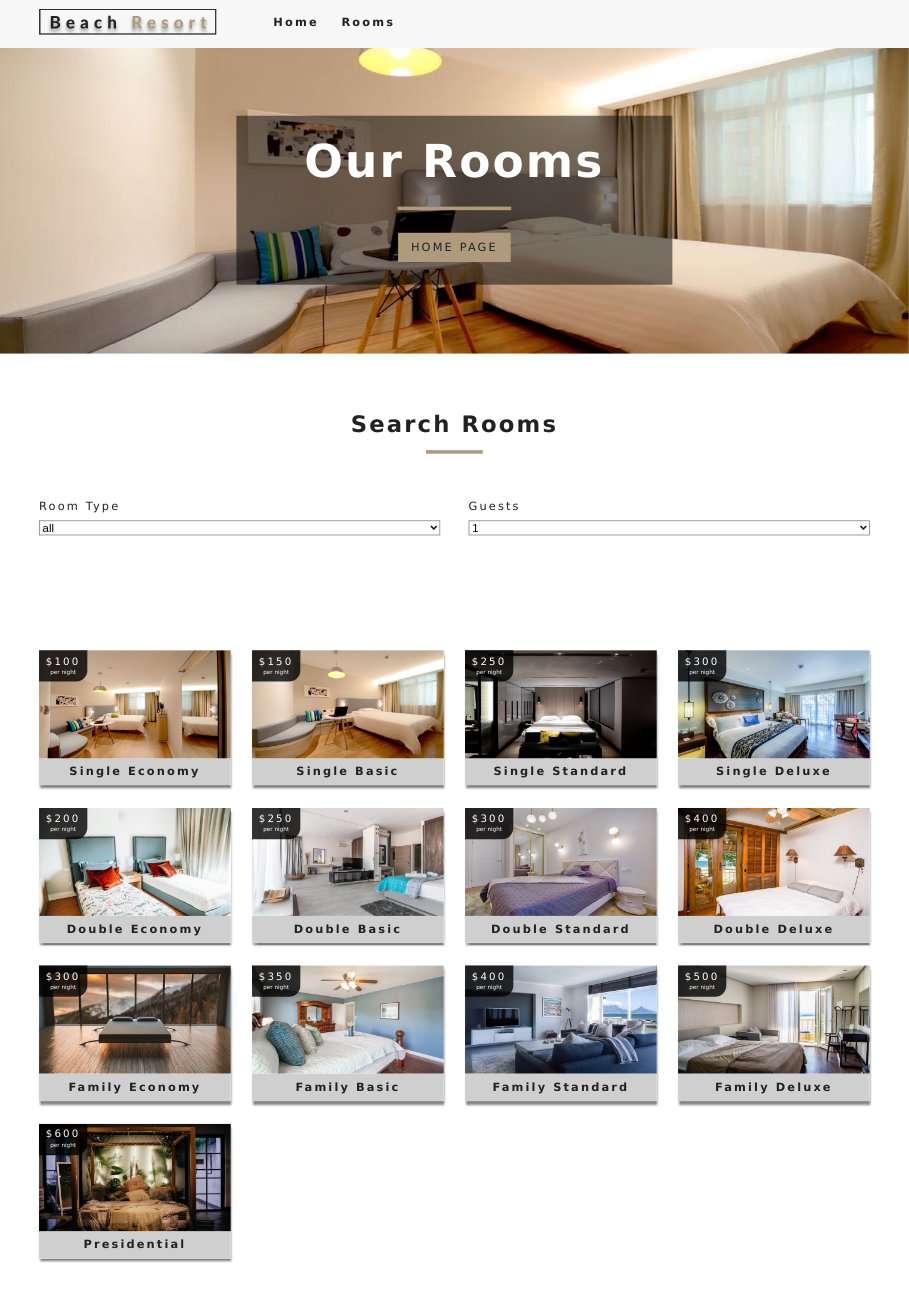
Repository: sanchit01garg/react-beachResort
Page: /rooms
These files come from the project's save history. The page is drawn as it stood at one moment and after the next save; the edit follows.
The browser window is 1280 px wide. The pictures show the whole page, at 71% of full size.
The project was rebuilt for these pictures with package versions that can differ from the ones it lists, and the page was loaded fresh each time. Also part of the build but not shown: src/components/Services.js, src/components/FeaturedRooms.js, src/pages/Home.js, src/pages/Error.js, src/components/StyledHero.js, src/pages/SingleRoom.js.

Above is the page before, as saved 2021-01-08 20:48:47.

### src/index.js
import React from "react";
import ReactDOM from "react-dom";
// import './index.css';
import { BrowserRouter as Router } from "react-router-dom";
import App from "./App";
import reportWebVitals from "./reportWebVitals";
import { RoomProvider } from "./Context";

ReactDOM.render(
  <RoomProvider>
    <Router>
      <App />
    </Router>
  </RoomProvider>,
  document.getElementById("root")
);

// If you want to start measuring performance in your app, pass a function
// to log results (for example: reportWebVitals(console.log))
// or send to an analytics endpoint. Learn more: https://bit.ly/CRA-vitals
reportWebVitals();

### src/App.js
import React from "react";
import "./App.css";
import { Route, Switch } from "react-router-dom";
import Home from "./pages/Home";
import Error from "./pages/Error";
import Rooms from "./pages/Rooms";
import SingleRoom from "./pages/SingleRoom";

import Navbar from "./components/Navbar";

function App() {
  return (
    <>
      <Navbar />
      <Switch>
        <Route exact path="/" component={Home} />
        <Route exact path="/rooms/" component={Rooms} />
        <Route exact path="/rooms/:slug" component={SingleRoom} />
        <Route component={Error} />
      </Switch>
    </>
  );
}

export default App;

### src/Context.js
import React, { Component } from "react";
import items from "./data";

const RoomContext = React.createContext();

class RoomProvider extends Component {
  state = {
    rooms: [],
    sortedRooms: [],
    featuredRooms: [],
    loading: true,
    type: "all",
    capacity: 1,
    price: 0,
    minPrice: 0,
    maxPrice: 0,
    minSize: 0,
    maxSize: 0,
    breakfast: false,
    pets: false,
  };

  componentDidMount() {
    let rooms = this.formatData(items);
    let featuredRooms = rooms.filter((room) => room.featured === true);
    let maxPrice = Math.max(...rooms.map((item) => item.price));
    let maxSize = Math.max(...rooms.map((item) => item.size));
    this.setState({
      rooms,
      featuredRooms,
      sortedRooms: rooms,
      loading: false,
      price: maxPrice,
      maxPrice,
      maxSize,
    });
  }

  formatData(items) {
    let tempItems = items.map((item) => {
      let id = item.sys.id;
      let images = item.fields.images.map((image) => image.fields.file.url);

      let room = { ...item.fields, images, id };
      return room;
    });
    return tempItems;
  }

  getRoom = (slug) => {
    let tempRooms = [...this.state.rooms];
    const room = tempRooms.find((room) => room.slug === slug);
    return room;
  };

  handleChange = (event) => {
    const target = event.target;
    const value = target.type === "checkbox" ? target.checked : target.value;
    const name = target.name;
    this.setState(
      {
        [name]: value,
      },
      this.filterRooms
    );
  };

  filterRooms = () => {
    let {
      rooms,
      type,
      capacity,
      price,
      minSize,
      maxSize,
      breakfast,
      pets,
    } = this.state;

    let tempRooms = [...rooms];
    capacity = parseInt(capacity);

    if (type !== "all") {
      tempRooms = tempRooms.filter((room) => room.type === type);
    }

    if (capacity !== 1) {
      tempRooms = tempRooms.filter((room) => room.capacity >= capacity);
    }

    this.setState({
      sortedRooms: tempRooms,
    });
  };

  render() {
    return (
      <RoomContext.Provider
        value={{
          ...this.state,
          getRoom: this.getRoom,
          handleChange: this.handleChange,
        }}
      >
        {this.props.children}
      </RoomContext.Provider>
    );
  }
}

const RoomConsumer = RoomContext.Consumer;

export function withRoomConsumer(Component) {
  return function ConsumerWrapper(props) {
    return (
      <RoomConsumer>
        {(value) => <Component {...props} context={value} />}
      </RoomConsumer>
    );
  };
}

export { RoomProvider, RoomConsumer, RoomContext };

### src/App.css
* {
  margin: 0;
  padding: 0;
  box-sizing: border-box;
}
:root {
  --primaryColor: #af9a7d;
  --mainWhite: #fff;
  --offWhite: #f7f7f7;
  --mainBlack: #222;
  --mainGrey: #ececec;
  --darkGrey: #cfcfcf;
  --mainTransition: all 0.3s linear;
  --mainSpacing: 3px;
  --lightShadow: 2px 5px 3px 0px rgba(0, 0, 0, 0.5);
  --darkShadow: 4px 10px 5px 0px rgba(0, 0, 0, 0.5);
}
/* globals */
body {
  padding-top: 66px;
  color: var(--mainBlack);
  background: var(--mainWhite);
  font-family: Verdana, Geneva, Tahoma, sans-serif;
  line-height: 1.4;
}
h1 {
  font-size: 3em;
  line-height: 1;
  margin-bottom: 0.5em;
}
h2 {
  font-size: 2em;
  margin-bottom: 0.75em;
}
h3 {
  font-size: 1.5em;
  line-height: 1;
  margin-bottom: 1em;
}
h4 {
  font-size: 1.2em;
  line-height: 1.25;
  margin-bottom: 1.25em;
}
h5 {
  font-size: 1em;
  font-weight: bold;
  margin-bottom: 1.5em;
}
h6 {
  font-size: 1em;
  font-weight: bold;
  margin-bottom: 1.5em;
}

.btn-primary {
  display: inline-block;
  text-decoration: none;
  letter-spacing: var(--mainSpacing);
  color: var(--mainBlack);
  background: var(--primaryColor);
  padding: 0.4rem 0.9rem;
  border: 3px solid var(--primaryColor);
  transition: var(--mainTransition);
  text-transform: uppercase;
  cursor: pointer;
}
.btn-primary:hover {
  background: transparent;
  color: var(--primaryColor);
}
.loading {
  text-transform: capitalize;
  text-align: center;
  margin-top: 3rem;
}
.error {
  text-align: center;
  text-transform: uppercase;
  margin: 2rem 0;
}
.empty-search {
  text-align: center;
  text-transform: capitalize;
  margin: 2rem 0;
  padding: 1rem;
  letter-spacing: var(--mainSpacing);
}
/* end of globals */
/* Navbar */
.navbar {
  position: fixed;
  top: 0;
  left: 0;
  width: 100%;
  padding: 0.75rem 2rem;
  background: var(--offWhite);
  z-index: 1;
}
.nav-header {
  display: flex;
  justify-content: space-between;
}
.nav-btn {
  background: transparent;
  border: none;
  cursor: pointer;
  outline: none;
}
.nav-icon {
  font-size: 1.5rem;
  color: var(--primaryColor);
}
.nav-links {
  height: 0;
  overflow: hidden;
  transition: var(--mainTransition);
  list-style-type: none;
}
.nav-links a {
  display: block;
  text-decoration: none;
  padding: 1rem 0;
  color: var(--mainBlack);
  transition: var(--mainTransition);
  text-align: center;
  font-size: 1rem;
  font-weight: 600;
  letter-spacing: var(--mainSpacing);
}
.nav-links a:hover {
  color: var(--primaryColor);
}

.show-nav {
  height: 100px;
}
@media screen and (min-width: 768px) {
  .nav-btn {
    display: none;
  }
  .nav-center {
    max-width: 1170px;
    margin: 0 auto;
    display: flex;
  }
  .nav-links {
    height: auto;
    display: flex;
    margin-left: 4rem;
  }
  .nav-links a {
    margin: 0 1rem;
    padding: 0.5rem 0;
  }
}
/* end of navbar */
/* Hero */
.defaultHero,
.roomsHero {
  min-height: calc(100vh - 66px);
  background: url("./images/defaultBcg.jpeg") center/cover no-repeat;
  display: flex;
  align-items: center;
  justify-content: center;
}
.roomsHero {
  background-image: url("./images/room-2.jpeg");
  min-height: 60vh;
}
/* End of Hero */
/* Banner */
.banner {
  display: inline-block;
  background: rgba(0, 0, 0, 0.5);
  color: var(--mainWhite);
  padding: 2rem 1rem;
  text-align: center;
  text-transform: capitalize;
  letter-spacing: var(--mainSpacing);
}
.banner h1 {
  font-size: 2.5rem;
}
.banner div {
  width: 10rem;
  height: 5px;
  background: var(--primaryColor);
  margin: 1.7rem auto;
}
.banner p {
  font-size: 1.2rem;
  margin-bottom: 2rem;
}
@media screen and (min-width: 576px) {
  .banner {
    padding: 2rem 3rem;
  }
  .banner h1 {
    font-size: 3rem;
  }
}
@media screen and (min-width: 992px) {
  .banner {
    padding: 2rem 6rem;
  }
  .banner h1 {
    font-size: 4rem;
  }
}
/* End of Banner */
/* Title */
.section-title {
  text-align: center;
  margin-bottom: 4rem;
}
.section-title h4 {
  font-size: 2rem;
  letter-spacing: var(--mainSpacing);
  text-transform: capitalize;
  margin-bottom: 1rem;
}
.section-title div {
  width: 5rem;
  height: 5px;
  margin: 0 auto;
  background: var(--primaryColor);
}
/* end of Title */

/* services */
.services {
  padding: 5rem 0;
}
.services {
  background: var(--darkGrey);
  text-align: center;
}
.services-center {
  width: 90vw;
  margin: 0 auto;
  display: grid;
  grid-template-columns: repeat(auto-fit, minmax(255px, 1fr));
  grid-row-gap: 2rem;
  grid-column-gap: 50px;
}
.service span {
  display: inline-block;
  color: var(--primaryColor);
  font-size: 2.5rem;
  margin-bottom: 1.5rem;
}
.services h6 {
  letter-spacing: var(--mainSpacing);
}
.services p {
  width: 80%;
  margin: 0 auto;
}
@media screen and (min-width: 992px) {
  .services-center {
    width: 95vw;
    max-width: 1170px;
  }
}

@media screen and (min-width: 1200px) {
  .services p {
    width: 100%;
  }
}
/*end of services */
/* featured rooms */

.featured-rooms {
  padding: 5rem 0;
}
.featured-rooms-center {
  width: 80vw;
  margin: 0 auto;
  display: grid;
  grid-template-columns: repeat(auto-fit, minmax(270px, 1fr));
  grid-row-gap: 2rem;
  grid-column-gap: 40px;
}
@media screen and (min-width: 776px) {
  .featured-rooms-center {
    width: 90vw;
    grid-template-columns: repeat(auto-fit, minmax(330px, 1fr));
  }
}
@media screen and (min-width: 992px) {
  .featured-rooms-center {
    width: 95vw;
    max-width: 1170px;
  }
}
/* end pf featured rooms */
/* room */
.room {
  box-shadow: var(--lightShadow);
  transition: var(--mainTransition);
}
.room:hover {
  box-shadow: var(--darkShadow);
}

.img-container {
  position: relative;
}
.img-container img {
  width: 100%;
  display: block;
  transition: var(--mainTransition);
}
.price-top {
  position: absolute;
  top: 0;
  left: 0;
  background: rgba(0, 0, 0, 0.8);
  color: var(--mainWhite);
  padding: 0.3rem 0.6rem 0.5rem;
  border-bottom-right-radius: 1rem;
  font-size: 0.5rem;
  text-align: center;
  transition: var(--mainTransition);
}
.price-top h6 {
  margin-bottom: 0;
  font-size: 0.9rem;
  font-weight: 300;
  letter-spacing: var(--mainSpacing);
}
.room-link {
  position: absolute;
  top: 50%;
  left: 50%;
  transform: scale(0);
  transition: all 0.3s linear;
}
.img-container:hover {
  background: rgba(0, 0, 0, 0.8);
}
.img-container:hover img {
  opacity: 0.3;
}
.img-container:hover .price-top {
  opacity: 0;
}
.img-container:hover .room-link {
  transform: translate(-50%, -50%) scale(1);
}
.room-info {
  background: var(--darkGrey);
  text-transform: capitalize;
  padding: 0.5rem 0;
  text-align: center;
  font-weight: 700;
  letter-spacing: var(--mainSpacing);
}
/* end of room  */
/* single room*/

.single-room {
  padding: 5rem 0 0 0;
}
.single-room-images {
  width: 80vw;
  margin: 0 auto;
  display: grid;
  grid-template-columns: repeat(auto-fit, minmax(350px, 1fr));
  grid-row-gap: 2rem;
  grid-column-gap: 70px;
}
.single-room-images img {
  width: 100%;
  display: block;
}
.single-room-info {
  width: 80vw;
  display: grid;
  grid-template-columns: 1fr;
  margin: 2rem auto;
}
.desc,
.info {
  margin: 1rem 0;
}
.desc h3 {
  text-transform: capitalize;
  letter-spacing: var(--mainSpacing);
}
.desc p {
  line-height: 1.5;
}
.info h3,
.info h6 {
  text-transform: capitalize;
  letter-spacing: var(--mainSpacing);
}

.info h6 {
  font-weight: 300;
}
.room-extras {
  width: 80vw;
  margin: 0 auto 3rem auto;
}
.room-extras h6 {
  text-transform: capitalize;
  letter-spacing: var(--mainSpacing);
}
.extras {
  list-style-type: none;
  display: grid;
  grid-template-columns: repeat(auto-fit, minmax(330px, 1fr));
  grid-column-gap: 2rem;
  grid-row-gap: 1rem;
}
@media screen and (min-width: 992px) {
  .single-room-images,
  .single-room-info,
  .room-extras {
    width: 95vw;
    max-width: 1170px;
  }
  .single-room-info {
    display: grid;
    grid-template-columns: 1fr 1fr;
    grid-column-gap: 2rem;
  }
  .info {
    padding-left: 3rem;
  }
}
/* end of single room*/
/* roomlist */
.roomslist {
  padding: 5rem 0;
}
.roomslist-center {
  width: 80vw;
  margin: 0 auto;
  display: grid;
  grid-template-columns: repeat(auto-fill, minmax(270px, 1fr));
  grid-row-gap: 2rem;
  grid-column-gap: 30px;
}

@media screen and (min-width: 776px) {
  .roomslist-center {
    width: 90vw;
  }
}
@media screen and (min-width: 992px) {
  .roomslist-center {
    width: 95vw;
    max-width: 1170px;
  }
}
/* end of roomlist */
/*  rooms fitler*/
.filter-container {
  padding: 5rem 0;
}
.filter-form {
  width: 60vw;
  margin: 0 auto;
  display: grid;
  grid-template-columns: repeat(auto-fit, minmax(202px, 1fr));
  grid-row-gap: 2rem;
  grid-column-gap: 40px;
}
.form-group {
  text-transform: capitalize;
}
.form-group label {
  display: block;
  letter-spacing: var(--mainSpacing);
  margin-bottom: 0.5rem;
}
.form-control {
  width: 100%;
  background: transparent;
  font-size: 1rem;
}
.size-inputs {
  display: flex;
}
.size-input {
  width: 40%;
  padding: 0.2rem;
  border: 1px solid var(--mainBlack);
  border-radius: 0.3rem;
  margin-right: 0.3rem;
}
.single-extra label {
  display: inline-block;
  font-size: 0.8rem;
  margin-left: 0.5rem;
}
@media screen and (min-width: 776px) {
  .filter-form {
    width: 70vw;
  }
}
@media screen and (min-width: 992px) {
  .filter-form {
    width: 95vw;
    max-width: 1170px;
  }
}

### src/pages/Rooms.js
import React from "react";
import { Link } from "react-router-dom";
import Hero from "../components/Hero";
import Banner from "../components/Banner";
import RoomsContainer from "../components/RoomsContainer";

export default function Rooms() {
  return (
    <>
      <Hero hero="roomsHero">
        <Banner title="Our Rooms">
          <Link to="/" className="btn-primary">
            Home Page
          </Link>
        </Banner>
      </Hero>
      <RoomsContainer />
    </>
  );
}

### src/components/Navbar.js
import React, { Component } from "react";
import logo from "../images/logo.svg";
import { FaAlignRight } from "react-icons/fa";
import { Link } from "react-router-dom";

export default class Navbar extends Component {
  state = {
    isOpen: false,
  };
  handleToggle = () => {
    this.setState({ isOpen: !this.state.isOpen });
  };
  render() {
    return (
      <nav className="navbar">
        <div className="nav-center">
          <div className="nav-header">
            <Link to="/">
              <img src={logo} alt="Beach Resort" />
            </Link>
            <button
              type="button"
              className="nav-btn"
              onClick={this.handleToggle}
            >
              <FaAlignRight className="nav-icon" />
            </button>
          </div>
          <ul
            className={this.state.isOpen ? "nav-links show-nav" : "nav-links"}
          >
            <li>
              <Link to="/">Home</Link>
            </li>
            <li>
              <Link to="/rooms">Rooms</Link>
            </li>
          </ul>
        </div>
      </nav>
    );
  }
}

### src/components/RoomsContainer.js
import React from "react";
import RoomsFilter from "./RoomsFilter";
import RoomsList from "./RoomsList";
import { withRoomConsumer } from "../Context";
import Loading from "./Loading";

function RoomsContainer({ context }) {
  const { loading, sortedRooms, rooms } = context;
  if (loading) {
    return <Loading />;
  }
  return (
    <>
      <RoomsFilter rooms={rooms} />
      <RoomsList rooms={sortedRooms} />
    </>
  );
}

export default withRoomConsumer(RoomsContainer);

// export default function RoomsContainer() {
//   return (
//     <RoomConsumer>
//       {(value) => {
//         const { loading, sortedRooms, rooms } = value;
//         if (loading) {
//           return <Loading />;
//         }

//         return (
//           <div>
//             Hello
//             <RoomsFilter rooms={rooms} />
//             <RoomsList rooms={sortedRooms} />
//           </div>
//         );
//       }}
//     </RoomConsumer>
//   );
// }

### src/components/Loading.js
import React from "react";
import loadingGif from "../images/gif/loading-arrow.gif";

export default function Loading() {
  return (
    <div className="loading">
      <h4>rooms data loading....</h4>
      <img src={loadingGif} alt="" />
    </div>
  );
}

### src/components/Room.js
import React from "react";
import { Link } from "react-router-dom";
import PropTypes from "prop-types";
import defaultImg from "../images/room-1.jpeg";

export default function Room({ room }) {
  const { name, slug, images, price } = room;

  return (
    <article className="room">
      <div className="img-container">
        <img src={images[0] || defaultImg} alt="single room" />
        <div className="price-top">
          <h6>${price}</h6>
          <p>per night</p>
        </div>
        <Link to={`/rooms/${slug}`} className="btn-primary room-link">
          Features
        </Link>
      </div>
      <p className="room-info">{name}</p>
    </article>
  );
}

Room.propTypes = {
  room: PropTypes.shape({
    name: PropTypes.string.isRequired,
    slug: PropTypes.string.isRequired,
    images: PropTypes.arrayOf(PropTypes.string).isRequired,
    price: PropTypes.number.isRequired,
  }),
};

### src/components/RoomsFilter.js
import React from "react";
import { useContext } from "react";
import { RoomContext } from "../Context";
import Title from "./Title";

const getUnique = (items, value) => {
  return [...new Set(items.map((item) => item[value]))];
};

export default function RoomsFilter({ rooms }) {
  const context = useContext(RoomContext);
  const {
    handleChange,
    type,
    capacity,
    price,
    minPrice,
    maxPrice,
    minSize,
    maxSize,
    breakfast,
    pets,
  } = context;

  let types = getUnique(rooms, "type");
  types = ["all", ...types];
  types = types.map((item, index) => (
    <option key={index} value={item}>
      {item}
    </option>
  ));

  let people = getUnique(rooms, "capacity");
  people = people.map((item, index) => (
    <option key={index} value={item}>
      {item}
    </option>
  ));

  return (
    <section className="filter-container">
      <Title title="search rooms" />
      <form className="filter-form">
        {/* select room type */}
        <div className="form-group">
          <label htmlFor="type">room type</label>
          <select
            name="type"
            id="type"
            onChange={handleChange}
            className="form-control"
            value={type}
          >
            {types}
          </select>
        </div>

        {/* guests type */}
        <div className="form-group">
          <label htmlFor="capacity">Guests</label>
          <select
            name="capacity"
            id="capacity"
            onChange={handleChange}
            className="form-control"
            value={capacity}
          >
            {people}
          </select>
        </div>
      </form>
    </section>
  );
}

### src/components/RoomsList.js
import React from "react";
import Room from "./Room";

export default function RoomsList({ rooms }) {
  if (rooms.length === 0) {
    return (
      <div className="empty-search">
        <h3>unfortunately no rooms matched your search parameters</h3>
      </div>
    );
  }
  return (
    <section className="roomslist">
      <div className="roomslist-center">
        {rooms.map((item) => {
          return <Room key={item.id} room={item} />;
        })}
      </div>
    </section>
  );
}

Loaded but not shown: public/index.html (common file); src/reportWebVitals.js (common file); src/components/Hero.js (common file); src/components/Banner.js (common file); src/components/Title.js (common file); src/data.js (760 lines, source omitted)

After the next save:
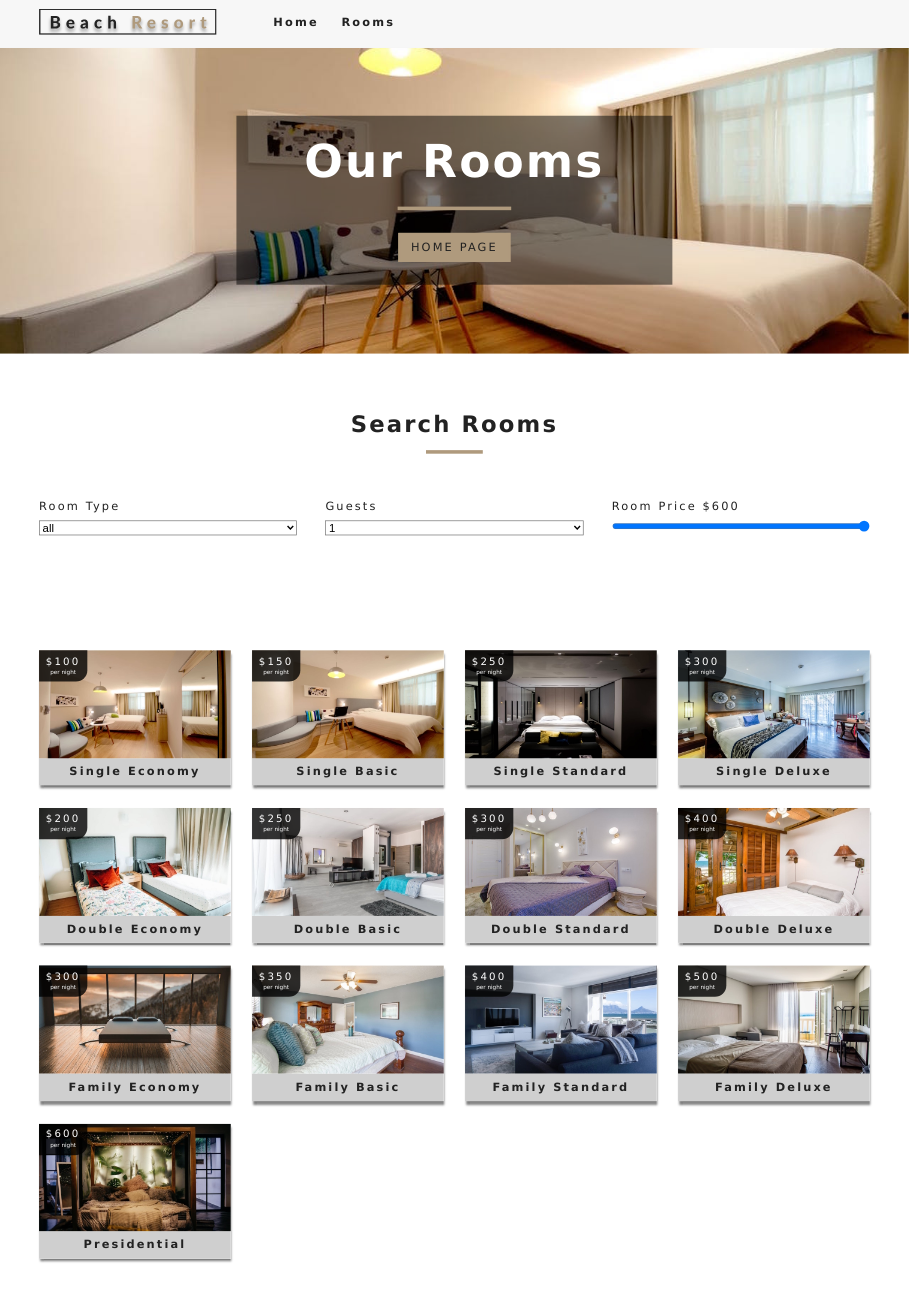
Saved 15 min 40 s later.
--- a/src/components/RoomsFilter.js
+++ b/src/components/RoomsFilter.js
@@ -68,6 +68,21 @@ export default function RoomsFilter({ rooms }) {
             {people}
           </select>
         </div>
+
+        {/* room price */}
+        <div className="form-group">
+          <label htmlFor="price">room price ${price}</label>
+          <input
+            type="range"
+            name="price"
+            min={minPrice}
+            max={maxPrice}
+            id="price"
+            value={price}
+            onChange={handleChange}
+            className="form-control"
+          />
+        </div>
       </form>
     </section>
   );
